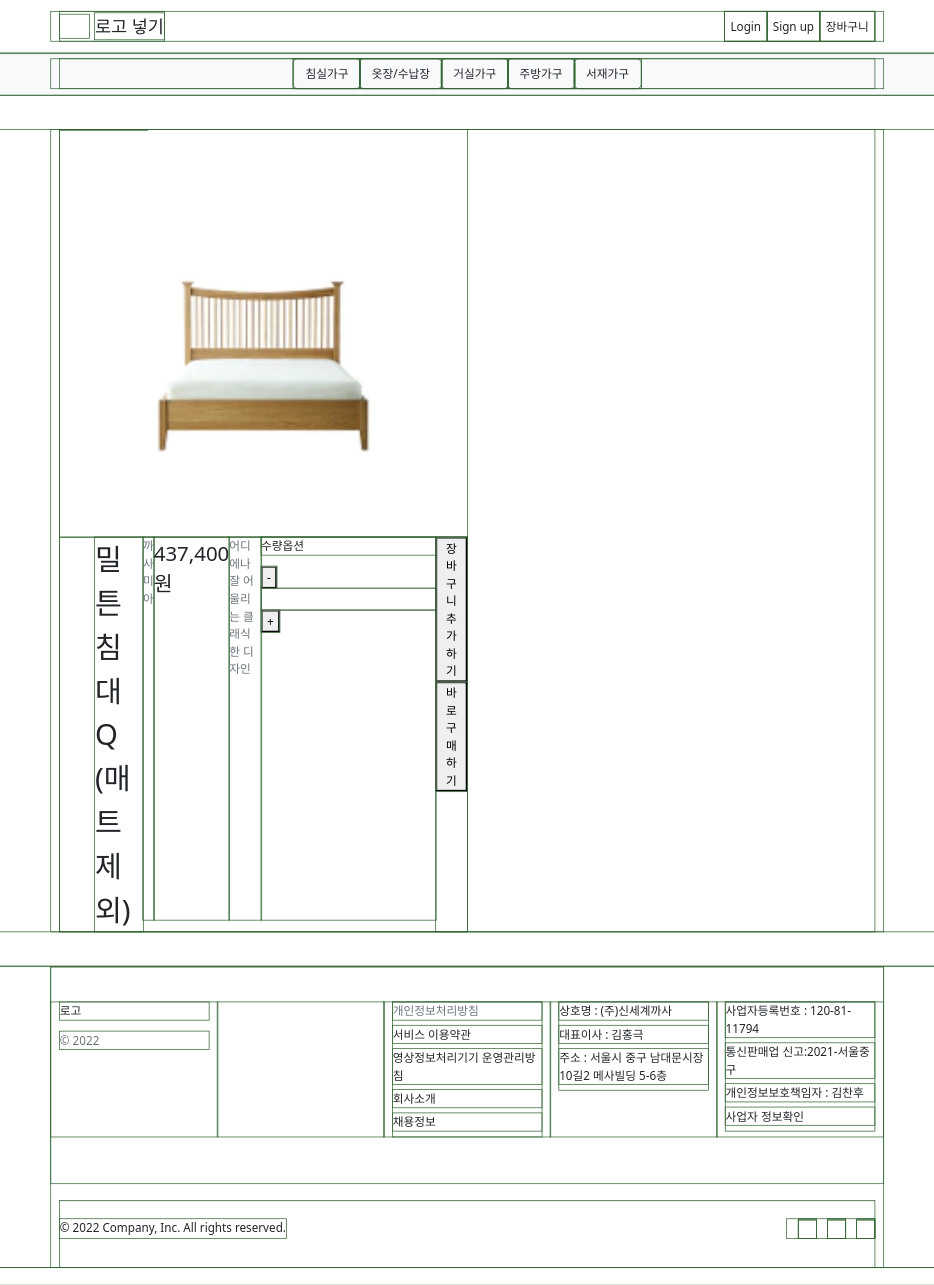
Repository: raoniee/Elice-House-Project
Page: FE/views/pages/main/item-detail-page.html
The author's editor kept a copy of each file at every save. The page is drawn from the files as they stood at one save, then again after the next save.
The browser window is 1280 px wide. The pictures show the whole page, at 73% of full size.

Above is the page before, as saved 2023-07-06 15:06:20.

After the next save:
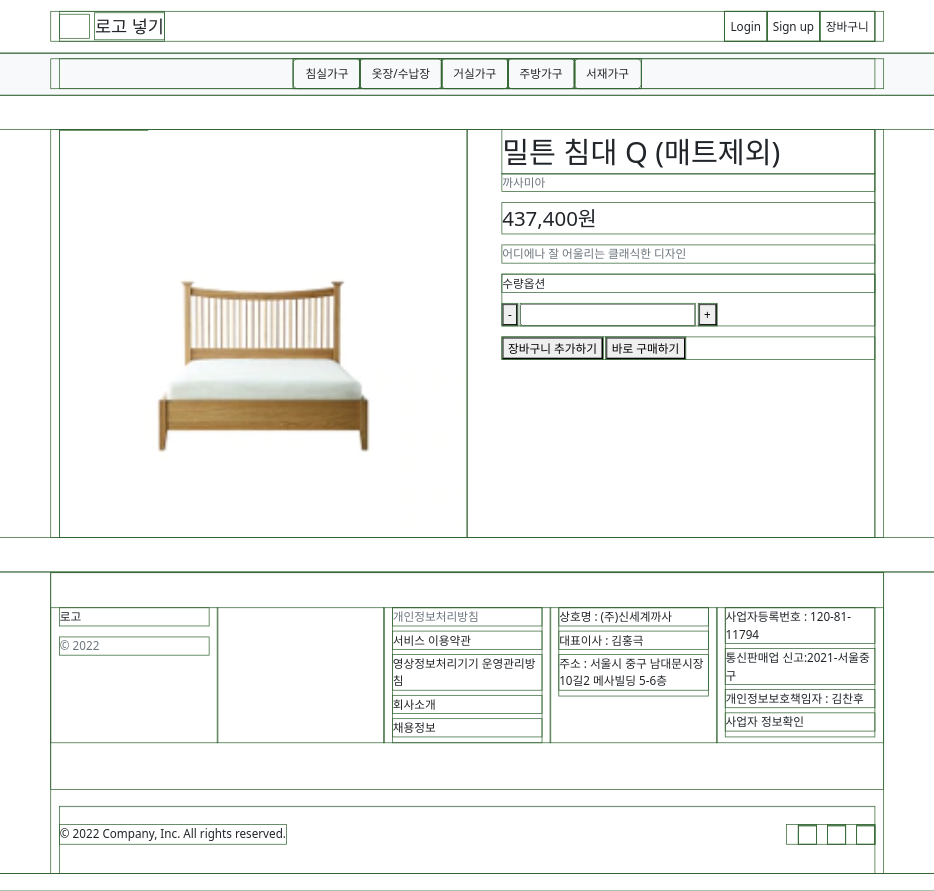
Saved 10 s later.
--- a/FE/views/pages/main/item-detail-page.html
+++ b/FE/views/pages/main/item-detail-page.html
@@ -45,15 +45,13 @@
           <!-- menu_bar template로 삽입 -->
         </div>
 
-        <div
-          class="item_detail_card d-flex flex-column justify-content-between"
-        >
+        <div class="item_detail_card d-flex justify-content-between">
           <img
             class="w-50"
             src="../../../public/assets/imgs/item-list-card.webp"
             alt="가구"
           />
-          <div class="item_detail_content d-flex w-50 ps-5">
+          <div class="item_detail_content d-flex flex-column w-50 ps-5">
             <span class="item_detail_name fs-1">밀튼 침대 Q (매트제외)</span>
             <p class="item_detail_brand text-muted">까사미아</p>
             <p class="item_detail_price fs-3">437,400원</p>
